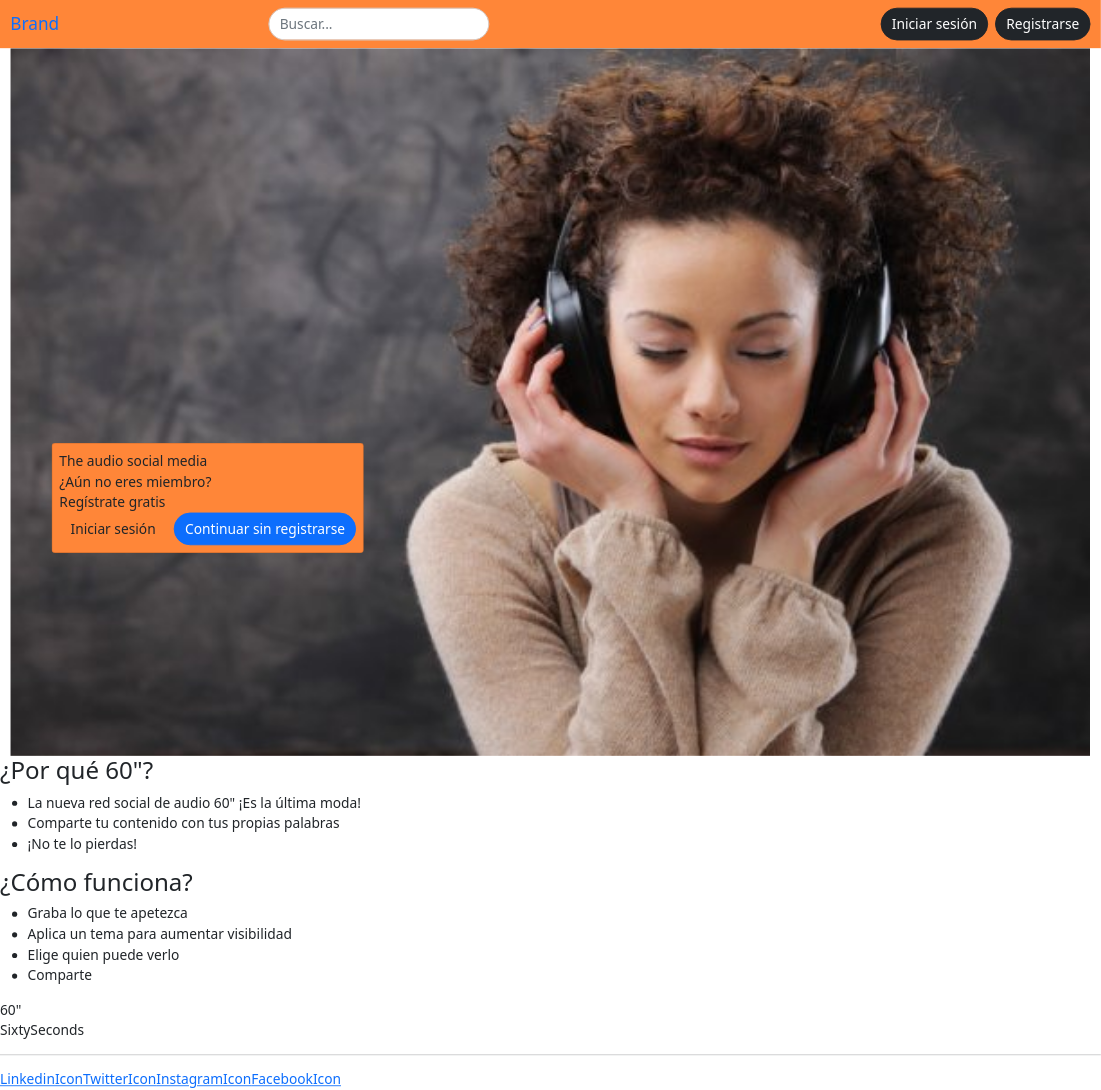
Repository: Zapulin/react-sixtySeconds-front
Page: /
These files come from the project's save history. The page is drawn as it stood at one moment and after the next save; the edit follows.
The browser window is 1280 px wide. The pictures show the whole page, at 86% of full size.
The project was rebuilt for these pictures with package versions that can differ from the ones it lists, and the page was loaded fresh each time. Also part of the build but not shown: src/Components/Login.js, src/Components/Signup.js, src/Components/Publish.js, src/Components/Activity.js, src/Components/Navbar.js, src/Components/Categories.js, src/Components/IconProfile.js, src/Components/Recorder.js and 10 more. Imported but missing from the stored project, and not drawn on this page: src/Samples/AUDIOMP3.mp3, src/Samples/AUDIOOGG.ogg.

Above is the page before, as saved 2022-04-13 14:50:54.

After the next save:
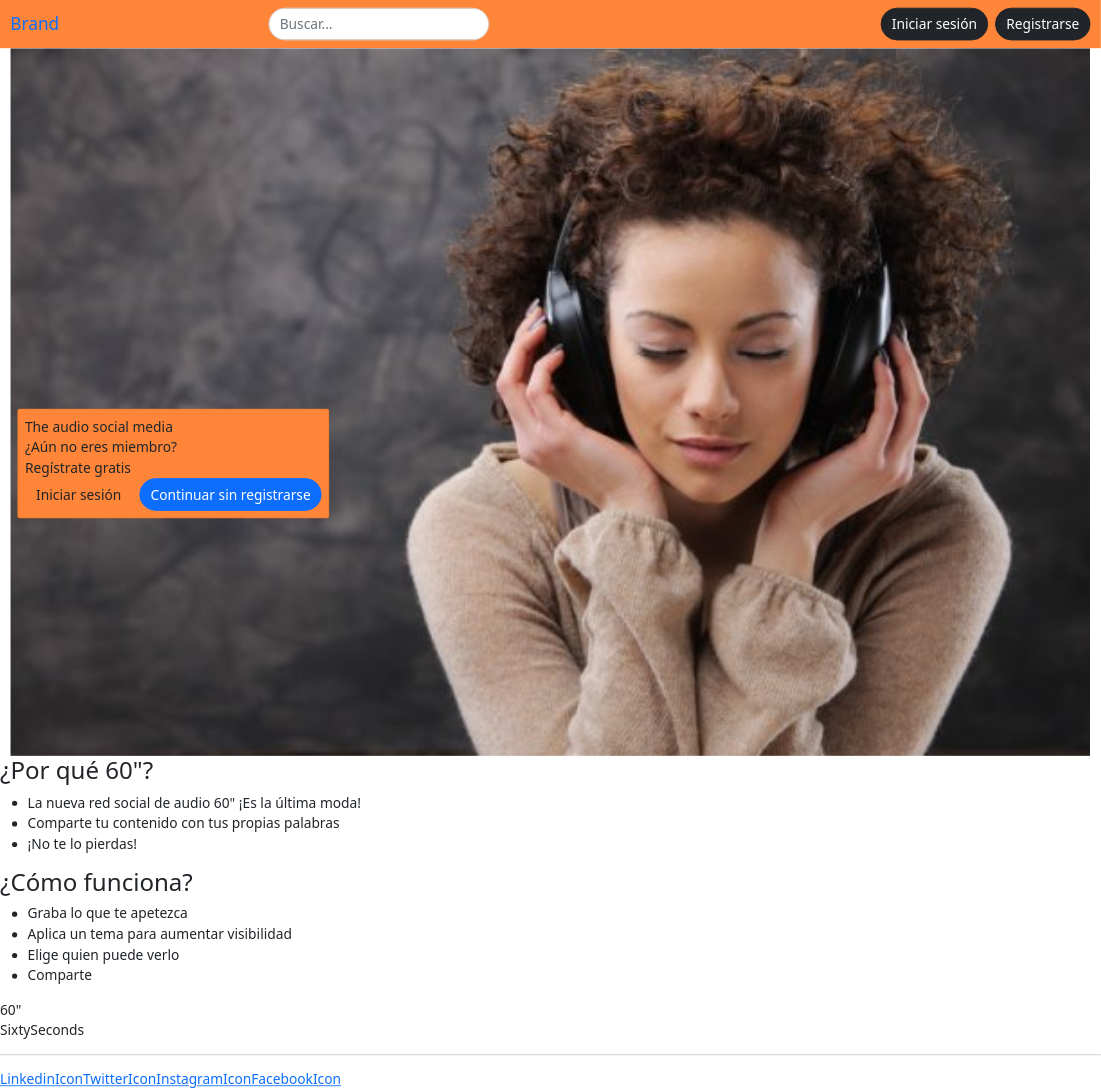
Saved 11 s later.
--- a/src/Pages/Home.js
+++ b/src/Pages/Home.js
@@ -12,7 +12,7 @@ function Home() {
       <div className="container-fluid">
           <div className="position-relative">
             <img className="img-fluid" src={top_image} alt="" />
-            <div className="card rounded m-5 p-2 position-absolute top-50" style={{background:'#FF8638'}}>
+            <div className="card rounded m-2 p-2 position-absolute top-50" style={{background:'#FF8638'}}>
                  <span> The audio social media </span>
                  <span> ¿Aún no eres miembro? </span>
                  <span> Regístrate gratis </span>
